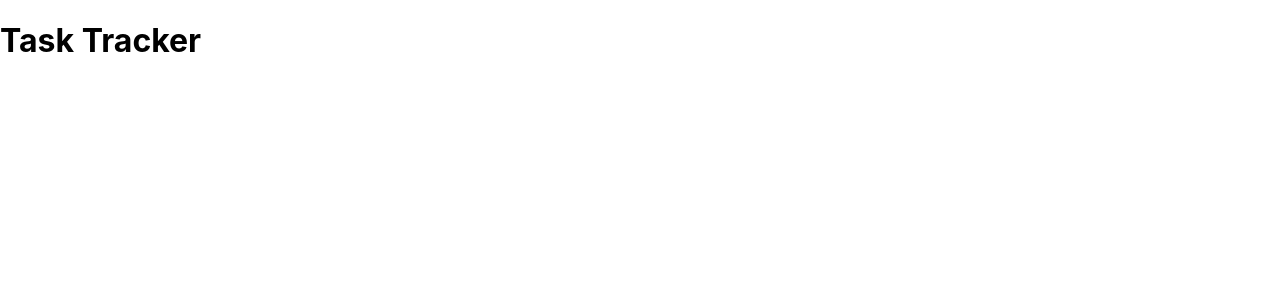
Repository: kate30980/task-tracker-reactjs
Page: /
An editor plug-in stored every save of this project. The page is shown before and after the next save, followed by the edit.
The browser window is 1280 px wide. The pictures show the whole page.
The project was rebuilt for these pictures with package versions that can differ from the ones it lists, and the page was loaded fresh each time.

Above is the page before, as saved 2021-09-19 14:33:38.

### public/index.html
<!DOCTYPE html>
<html lang="en">

<head>
  <meta charset="utf-8" />
  <link rel="icon" href="%PUBLIC_URL%/favicon.ico" />
  <meta name="viewport" content="width=device-width, initial-scale=1" />
  <meta name="theme-color" content="#000000" />
  <meta name="description" content="Web site created using create-react-app" />
  <link rel="apple-touch-icon" href="%PUBLIC_URL%/logo192.png" />
  <!--
      manifest.json provides metadata used when your web app is installed on a
      user's mobile device or desktop. See https://developers.google.com/web/fundamentals/web-app-manifest/
    -->
  <link rel="manifest" href="%PUBLIC_URL%/manifest.json" />
  <!--
      Notice the use of %PUBLIC_URL% in the tags above.
      It will be replaced with the URL of the `public` folder during the build.
      Only files inside the `public` folder can be referenced from the HTML.

      Unlike "/favicon.ico" or "favicon.ico", "%PUBLIC_URL%/favicon.ico" will
      work correctly both with client-side routing and a non-root public URL.
      Learn how to configure a non-root public URL by running `npm run build`.
    -->
  <title>Task Tracker</title>
</head>

<body>
  <noscript>You need to enable JavaScript to run this app.</noscript>
  <div id="root"></div>
  <!--
      This HTML file is a template.
      If you open it directly in the browser, you will see an empty page.

      You can add webfonts, meta tags, or analytics to this file.
      The build step will place the bundled scripts into the <body> tag.

      To begin the development, run `npm start` or `yarn start`.
      To create a production bundle, use `npm run build` or `yarn build`.
    -->
</body>

</html>

### src/index.css
body {
  margin: 0;
  font-family: -apple-system, BlinkMacSystemFont, 'Segoe UI', 'Roboto', 'Oxygen',
    'Ubuntu', 'Cantarell', 'Fira Sans', 'Droid Sans', 'Helvetica Neue',
    sans-serif;
  -webkit-font-smoothing: antialiased;
  -moz-osx-font-smoothing: grayscale;
}

code {
  font-family: source-code-pro, Menlo, Monaco, Consolas, 'Courier New',
    monospace;
}
.btn{
  display: inline-block;
  background: #000;color: #fff;
  border: none;
  padding: 10px 20px;
  margin: 5px;
  border-radius:5px;
  cursor: pointer;
  text-decoration: none;
  font-size: 15px;
  font-family: inherit;
}
.btn:focus{
  outline: none;
}
.event{
  background:#f4f4f4;
  margin: 5px;
  padding: 10px 20px;
  cursor: pointer;
}
.event .reminder{
  border-left: 5px solid green;
}
.event h3{
  display: flex;
  align-items:center;
  justify-content: space-between;
}
.add-form{
  margin-bottom: 40px;
}
.from-control{
  margin: 20px 0;
}
.from-control label {
  display: block;
}
.form-control-check label{
  flex: 1;
}
.form-control-check input {
  flex: 2;
  height: 20px;
}
footer{
  margin-top: 30px;
  text-align: center;
}

### src/components/Header.js
import PropTypes from "prop-types";

const Header = ({ title }) => {
  return (
    <header>
      <h1>{title}</h1>
    </header>
  );
};

Header.defaultProps = {
  title: "Task Tracker",
};

Header.propTypes = {
  title: PropTypes.string.isRequired,
};
// css in js
// const headingStyle = {
//   color: "red",
//   backgroundColor: "black",
// };
export default Header;

Loaded but not shown: src/index.js (common file); src/App.js (common file); src/reportWebVitals.js (common file)

After the next save:
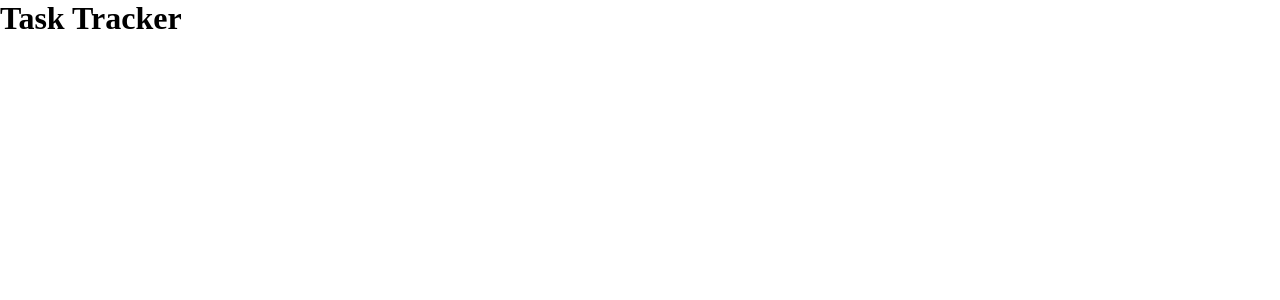
Saved 2 min 16 s later.
--- a/src/index.css
+++ b/src/index.css
@@ -1,10 +1,14 @@
+
+@import url('https://fonts.googleapis.com/css2?family=Montserrat:wght@300;400;600&display=swap');
+
+*{
+  box-sizing: border-box;
+  margin:0;
+  padding:0;
+}
 body {
   margin: 0;
-  font-family: -apple-system, BlinkMacSystemFont, 'Segoe UI', 'Roboto', 'Oxygen',
-    'Ubuntu', 'Cantarell', 'Fira Sans', 'Droid Sans', 'Helvetica Neue',
-    sans-serif;
-  -webkit-font-smoothing: antialiased;
-  -moz-osx-font-smoothing: grayscale;
+  font-family: -apple-system, BlinkMacSystemFont, 'Segoe UI',
 }
 
 code {
